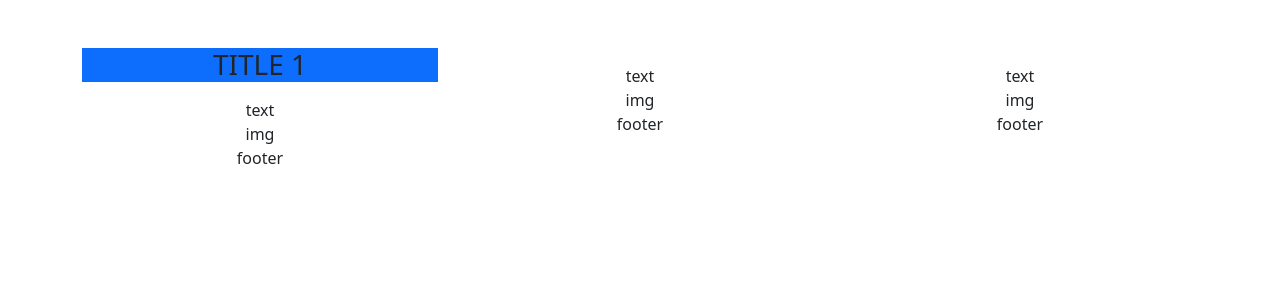
Repository: jorgi710/Prueba-Bootstrap
Page: /
The author's editor kept a copy of each file at every save. The page is drawn from the files as they stood at one save, then again after the next save.
The browser window is 1280 px wide. The pictures show the whole page.
The project was rebuilt for these pictures with package versions that can differ from the ones it lists, and the page was loaded fresh each time. Also part of the build but not shown: src/App.css.

Above is the page before, as saved 2021-03-30 10:24:03.

### src/index.js
import React from 'react';
import ReactDOM from 'react-dom';
import App from './App';
import 'bootstrap/dist/css/bootstrap.min.css';


ReactDOM.render(
  <React.StrictMode>
    <App />
  </React.StrictMode>,
  document.getElementById('root')
);

### src/App.js
import './App.css';
import Header from './components/Header';

function App() {
  return (
    <div className=" container mt-5 text-center">
      <div className="row">
        <div className="col-4">
          <Header
            title = "TITLE 1"
          />
        </div>
        <div className="col-4">
        <Header/>
        </div>
        <div className="col-4">
        <Header/>
        </div>
      </div>
    </div>
  );
}

export default App;

### src/components/Header.jsx
import React from 'react'

const Header = ({title}) => {
    return (
        <>
            <div className="bg-primary">
                <h3>{title}</h3>
                <p></p>
            </div>
            <div>text</div>
            <div>img</div>
            <div>footer</div>
        </>
    )
}

export default Header

Loaded but not shown: public/index.html (common file); src/App.css (no copy from this time; the picture is the same without it)

After the next save:
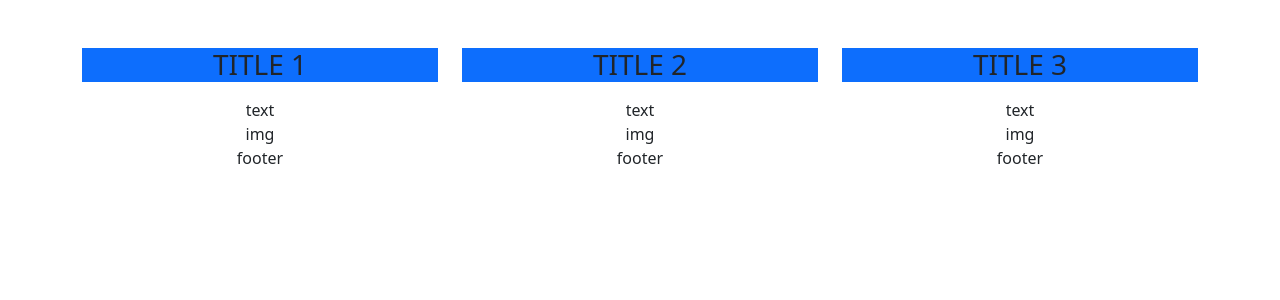
Saved 44 s later.
--- a/src/App.js
+++ b/src/App.js
@@ -11,10 +11,14 @@ function App() {
           />
         </div>
         <div className="col-4">
-        <Header/>
+        <Header
+          title = "TITLE 2"
+        />
         </div>
         <div className="col-4">
-        <Header/>
+        <Header
+          title = "TITLE 3"
+        />
         </div>
       </div>
     </div>
